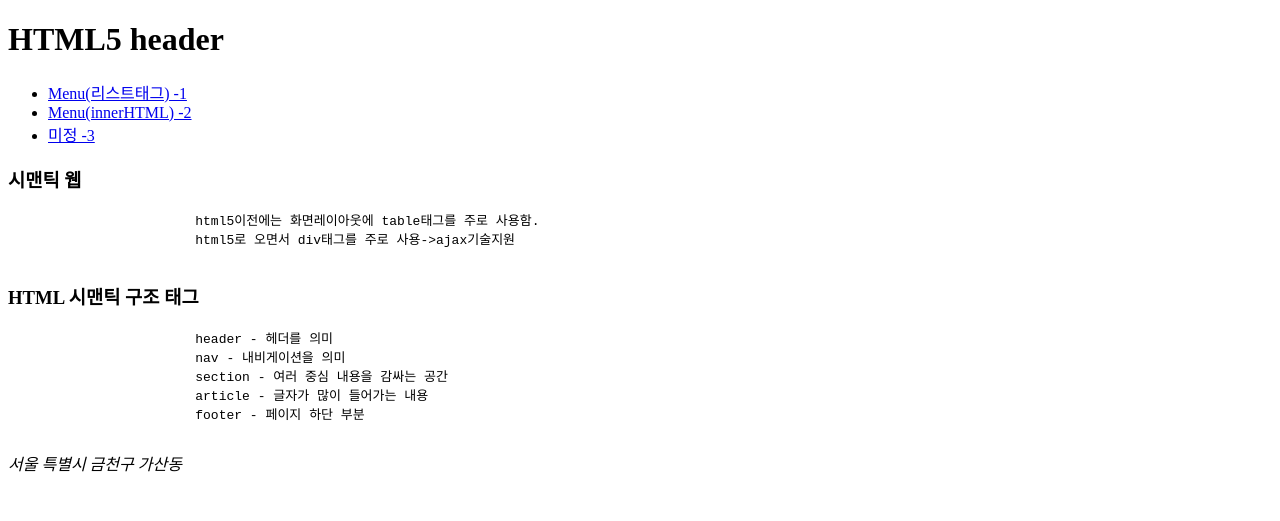
Repository: rightsecond3/java52
Page: workspace_script/dev_html/WebContent/html_semantic/afterSemantic.html
These files come from the project's save history. The page is drawn as it stood at one moment and after the next save; the edit follows.
The browser window is 1280 px wide. The pictures show the whole page.

Above is the page before, as saved 2019-06-10 01:53:28.

After the next save:
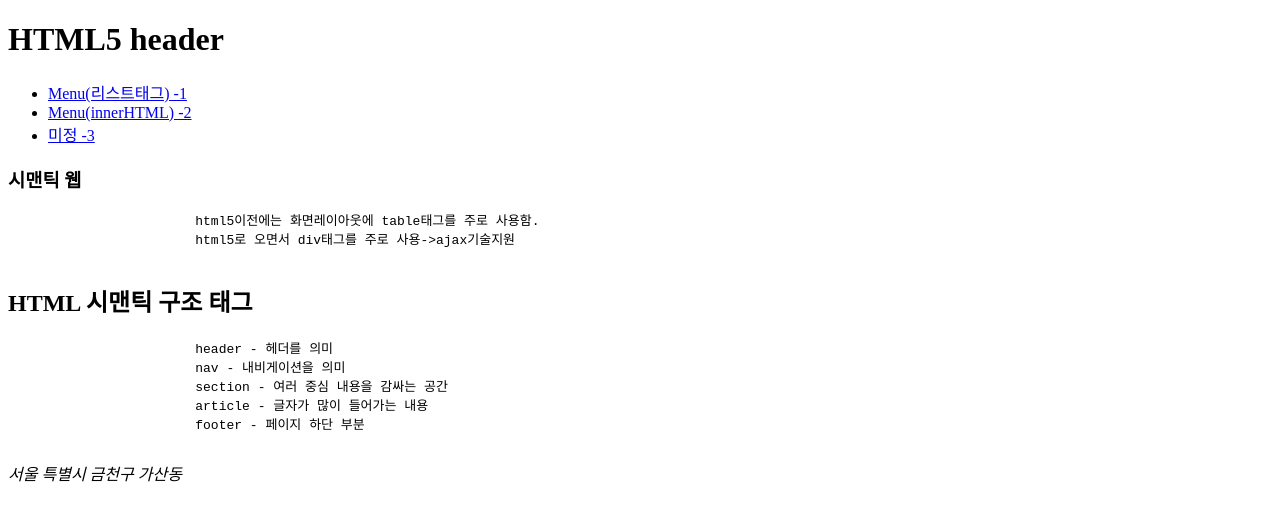
Saved 21 s later.
--- a/workspace_script/dev_html/WebContent/html_semantic/afterSemantic.html
+++ b/workspace_script/dev_html/WebContent/html_semantic/afterSemantic.html
@@ -35,7 +35,6 @@
 		</article>
 	</section>
 	<section>
-		<article>
 		<h1>HTML 시맨틱 구조 태그</h1>
 		<!-- 작성한 내용 그대로 출력 pre태그 -->
 		<pre>
@@ -45,7 +44,6 @@
 			article - 글자가 많이 들어가는 내용
 			footer - 페이지 하단 부분
 		</pre>
-		</article>
 	</section>
 <!-- 주소 -->
 <!-- div태그와 span태그는 공간을 분할하는 태그(시각적인 변화가 없다.) -->
